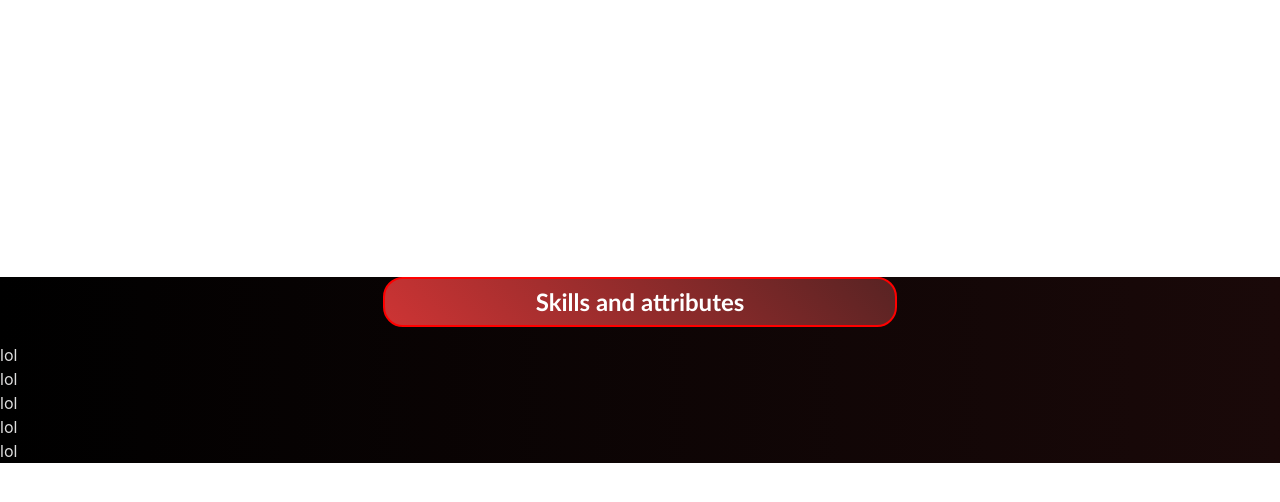
Repository: TMuse333/resume1
Page: /
An editor plug-in stored every save of this project. The page is shown before and after the next save, followed by the edit.
The browser window is 1280 px wide. The pictures show the whole page.
The project was rebuilt for these pictures with package versions that can differ from the ones it lists, and the page was loaded fresh each time. Also part of the build but not shown: vite.config.js, src/components/navbar.jsx, src/components/about.jsx, src/components/contact.jsx, src/components/footer.jsx, src/components/experience.jsx, src/components/carousel.jsx, src/components/experienceCarousel.jsx and 4 more. Imported but missing from the stored project, and not drawn on this page: src/images/best_dunk.mp4.

Above is the page before, as saved 2023-10-18 14:56:07.

After the next save:
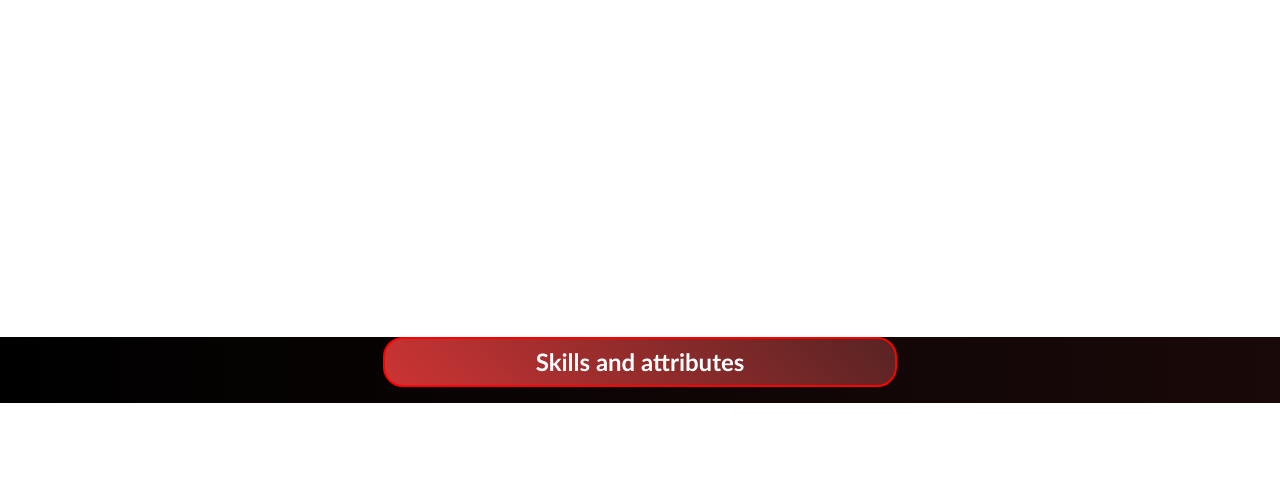
Saved 10 s later.
--- a/src/components/skills.jsx
+++ b/src/components/skills.jsx
@@ -106,7 +106,7 @@ const Skills = () => {
       <h2 className="section-title">Skills and attributes</h2>
       <div className="skills-container ">
         {attributes.map((skill, index) => (
-         <div>lol</div>
+         <div></div>
         ))}
       </div>
     </section>
